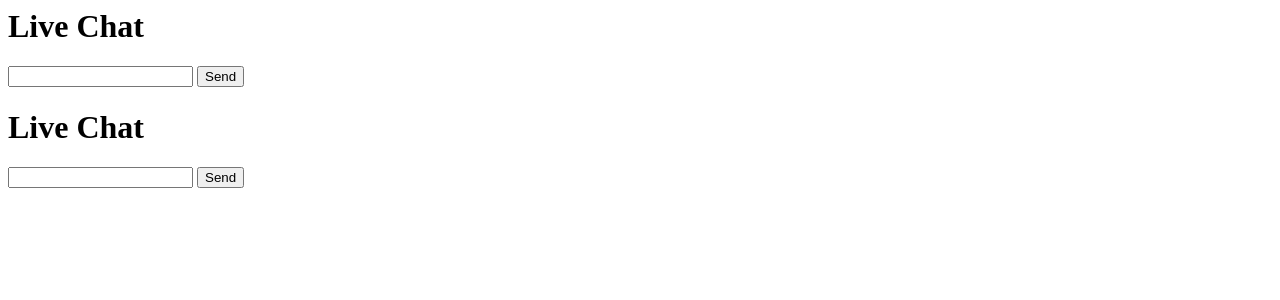
Repository: jaseem1999/sdCommunity
Page: http://localhost/sdCommunity/userChat.jsp
These files come from the project's save history. The page is drawn as it stood at one moment and after the next save; the edit follows.
The browser window is 1280 px wide. The pictures show the whole page.
The page is served by Tomcat 9. Other server files are loaded and not shown.

Above is the page before, as saved 2023-10-01 15:14:09.

### sdCommunity/src/main/webapp/userChat.jsp
<%@ page language="java" contentType="text/html; charset=UTF-8" pageEncoding="UTF-8"%>
<%@ page import="java.util.ArrayList" %>
<%@ page import="java.util.List" %>

<%
	Integer id =(Integer)session.getAttribute("uid");
	String fname=(String)session.getAttribute("fname");

    List<String> chatList = (List<String>) session.getAttribute("chatList");
    if (chatList == null) {
        chatList = new ArrayList<>();
        session.setAttribute("chatList", chatList);
    }

    String message = request.getParameter("message");
    if (message != null && !message.isEmpty()) {
        chatList.add(message);
    }
%>

<html>
    <head>
        <meta charset="UTF-8">
        <title>Live Chat</title>
        <script>
            function sendMessage() {
                var message = document.getElementById('message').value;
                var xmlhttp = new XMLHttpRequest();

                xmlhttp.onreadystatechange = function() {
                    if (xmlhttp.readyState == 4 && xmlhttp.status == 200) {
                        document.getElementById('message').value = '';
                    }
                }

                xmlhttp.open('POST', 'userChat.jsp', true);
                xmlhttp.setRequestHeader('Content-type', 'application/x-www-form-urlencoded');
                xmlhttp.send('message=' + message);
            }

            function updateChat() {
                var xmlhttp = new XMLHttpRequest();

                xmlhttp.onreadystatechange = function() {
                    if (xmlhttp.readyState == 4 && xmlhttp.status == 200) {
                        document.getElementById('chat').innerHTML = xmlhttp.responseText;
                        setTimeout(updateChat, 1000); // Update every second
                    }
                }

                xmlhttp.open('GET', 'userChat.jsp', true);
                xmlhttp.send();
            }
        </script>
    </head>
    <body onload="updateChat()">
        <h1>Live Chat</h1>
        <form onsubmit="sendMessage(); return false;">
            <input type="text" id="message" />
            <input type="submit" value="Send" />
        </form>
        <div id="chat">
            <ul>
                <%
                    for (String msg : chatList) {
                        out.println("<li>" + msg + "</li>");
                    }
                %>
            </ul>
        </div>
    </body>
</html>

After the next save:
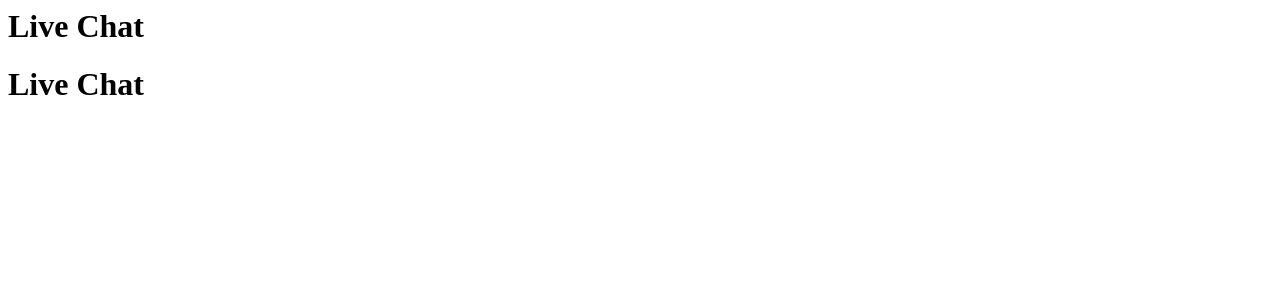
Saved 37 s later.
--- a/sdCommunity/src/main/webapp/userChat.jsp
+++ b/sdCommunity/src/main/webapp/userChat.jsp
@@ -55,10 +55,7 @@
     </head>
     <body onload="updateChat()">
         <h1>Live Chat</h1>
-        <form onsubmit="sendMessage(); return false;">
-            <input type="text" id="message" />
-            <input type="submit" value="Send" />
-        </form>
+
         <div id="chat">
             <ul>
                 <%

After the save that followed:
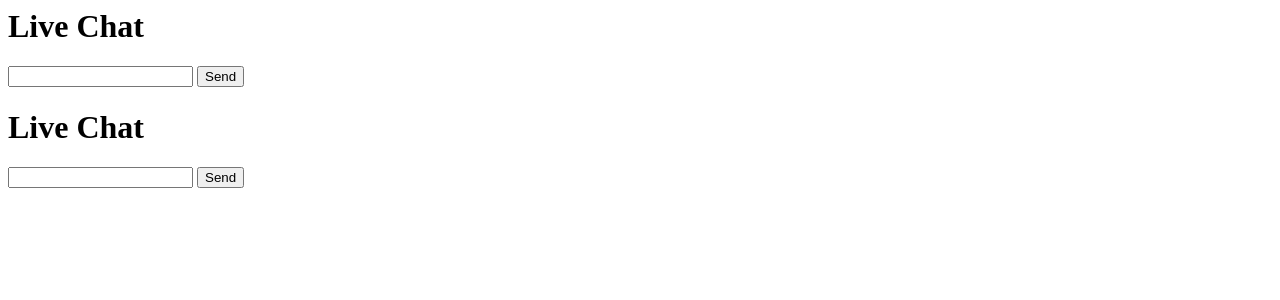
Saved 44 s later.
--- a/sdCommunity/src/main/webapp/userChat.jsp
+++ b/sdCommunity/src/main/webapp/userChat.jsp
@@ -55,7 +55,10 @@
     </head>
     <body onload="updateChat()">
         <h1>Live Chat</h1>
-
+        <form onsubmit="sendMessage(); return false;">
+            <input type="text" id="message" />
+            <input type="submit" value="Send" />
+        </form>
         <div id="chat">
             <ul>
                 <%
